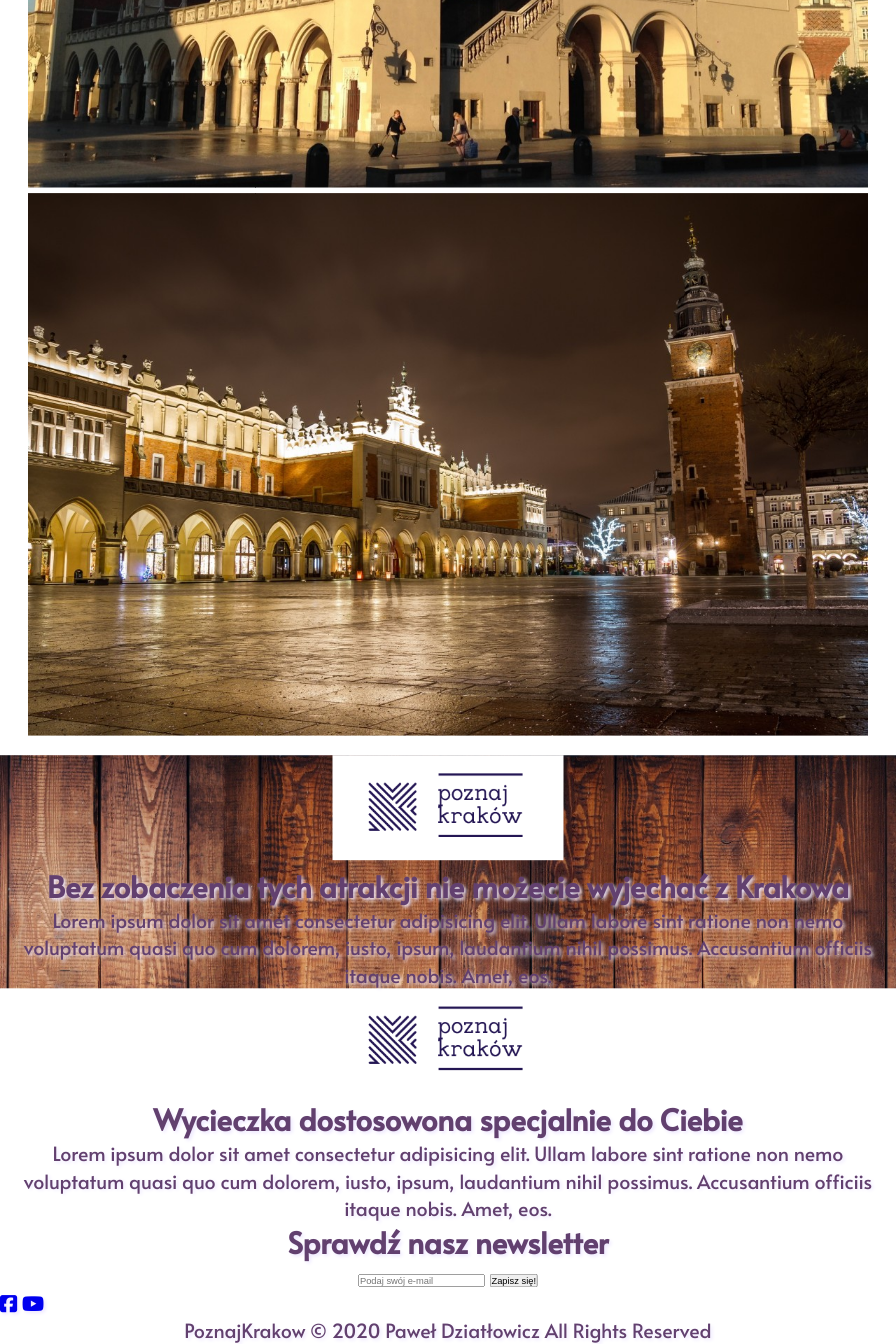
Repository: DZIALEK/projekt1
Page: projekt1.html
An editor plug-in stored every save of this project. The page is shown before and after the next save, followed by the edit.
The browser window is 1280 px wide. The pictures show the part of the page from y = 2707 to 4627 px (the page is 4627 px tall), at 70% of full size.
Some icons come from a web library that is not loaded, so they are not drawn. A picture or video elsewhere on the page could not be fetched, so the positions and the page height are approximate. Some web libraries are served in a nearby version.

Above is the page before, as saved 2020-07-15 00:28:59.

### projekt1.html
<!DOCTYPE html>
<html lang="pl=pl">
<head>
    <meta charset="UTF-8">
    <meta name="viewport" content="width=device-width, initial-scale=1.0">
    <title>Poznaj Kraków</title>
    <link rel="stylesheet" href="projekt1.css">
    <script src="https://kit.fontawesome.com/47e99c0280.js" crossorigin="anonymous"></script>
 </head>
<body>
    <header>
        <video autoplay muted loop id="video_header">
            <source src="dodatki/cracow_movie_lc.mp4">
        </video>
        <div class="logo">
            <a href="#">
                <img src="dodatki/logo_L.png" alt="Tutaj jest logo Poznaj Kraków">
            </a>
        </div>
        <div class="top">
            <h1>Poznaj Kraków</h1>
            <p>Od 1989r. skutecznie zarażamy miłością do Krakowa</p>
            <a href="#">SPRAWDŹ NAS!</a>
        </div>
        <nav>
            <ul>
                <li><a href="#">START</a></li>
                <li><a href="#">CO ZWIEDZAĆ</a></li>
                <li><a href="#">WYCIECZKI</a></li>
                <li><a href="#">CENNIK</a></li>
                <li><a href="#">O NAS</a></li>
            </ul>
        </nav>
    </header>
    <main>
        <section class="section-welcome">
            <h1 class="section-header">
               Witaj na naszej stronie !
            </h1>
            <img src="dodatki/foto3.jpg" alt="Tutaj jest zdjęcie Krakowa1">
            <img src="dodatki/foto2.jpg" alt="Tutaj jest zdjęcie Krakowa2">
        </section>
        <section class="section-welcome2">
            <img src="dodatki/foto1.jpg" alt="Tutaj jest zdjęcie Krakowa3">
            <img src="dodatki/foto4.jpg" alt="Tutaj jest zdjęcie Krakowa4">
        </section>
        <section class="section-best">
            <div class="section-best-img"></div>
            <img src="dodatki/logo_L.png" alt="">
            <h2>Bez zobaczenia tych atrakcji nie możecie wyjechać z Krakowa</h2>
            <p>Lorem ipsum dolor sit amet consectetur adipisicing elit. Ullam labore sint ratione non nemo voluptatum quasi quo cum dolorem, iusto, ipsum, laudantium nihil possimus. Accusantium officiis itaque nobis. Amet, eos.</p>
            </div>
        </section>
        <section class="section-best2">
            <div class="section-best-img2">
            <img src="dodatki/logo_L.png" alt="">
            <h2>Wycieczka dostosowona specjalnie do Ciebie</h2>
            <p>Lorem ipsum dolor sit amet consectetur adipisicing elit. Ullam labore sint ratione non nemo voluptatum quasi quo cum dolorem, iusto, ipsum, laudantium nihil possimus. Accusantium officiis itaque nobis. Amet, eos.</p>
            </div>
        </section>
    <!-- zrobić wyczieczkę typu: Krakowianie ich znienawidzili wycieczka 5dni w okół Krakowa -->
    <section class="section-newsletter">
    <div class="newsteletter-wrapper">
        <h2>Sprawdź nasz newsletter</h2>
        <form action="" method="">
            <input type="email" placeholder="Podaj swój e-mail">
            <button type="submit">Zapisz się!</button>
        </form>
    </div>
    </section>
    <div class="social-media">
        <a href="#"><i class="fab fa-facebook-square"></i></a>
        <a href="#"><i class="fab fa-youtube"></i></a>
        <a href="#"><i class="fab fa-tripadvisor"></i></a>
    </div>
    </main>

    <footer>
        PoznajKrakow &copy; 2020 Paweł Dziatłowicz All Rights Reserved
    </footer>
</body>
</html>

### projekt1.css
@import url('http://fonts.googleapis.com/css?family=Alata&subset=latin,latin-ext');

* {
    margin: 0;
    padding: 0;
    box-sizing: border-box;
}

html{
    scroll-behavior: smooth;
  }

body {
    background-color: #FFFFFF;
    color: #62406F; text-shadow: #EEE8FF 0.1em 0.1em 0.2em;
    /* CDCCCC */
    font-family: 'Alata', sans-serif;
    font-size: 28px;
    width: 100%;
}

a {
    text-decoration: none;
}

section {
    text-align: center;
}

footer {
    text-align: center;
}

img {
    max-width: 100%;
}

div {
    width: 100%;
    height: 100%;
}

#video_header {
    min-width: 100%;
    min-height: 100%;
    position: relative;
    bottom: 0;
    right: 0;
}

.logo {
    position: fixed;
    top: 10px;
    left: 85%;
    width: 100%;
}

.logo img {
    width: 120px;
}

.top h1 {
    position: absolute;
    left: 50%;
    top: 30%;
    transform: translate(-50%, -50%);
    font-size: 100px;
}

.top h1~p {
    position: absolute;
    left: 50%;
    top: 45%;
    margin-top: 20px;
    transform: translate(-50%, -50%);
    font-size: 30px;
}

.top h1~a {
    position: absolute;
    left: 50%;
    top: 55%;
    transform: translate(-50%, -50%);
    text-align: center;
    border: 2px solid #d6caf8;
    padding: 10px 15px;
    font-size: 40px;
}

nav {
    box-shadow: 1px 1px 1px 1px #352564;
}

nav ul {
    list-style-type: none;
    width: 100%;
}

nav li {
    position: relative;
    text-align: center;
}

nav a {
    transition: 0.5s;
}

nav a:hover {
    color: #c386cf;
    text-shadow: 0 0 0.1em #271B2B, 0 0 0.1em #271B2B, 0 0 0.1em #271B2B;
    /* text-shadow: #271B2B 0.1em 0.1em 0.1em; */
    /* #EEE8FF  */
}

.section-welcome {
    position: relative;
    top: 50px;
    margin-bottom: 50px;
}

.section-welcome h1 {
    margin-bottom: 60px;
    font-size: 40px;
    color: greenyellow;
     font-weight: 100;
}

.section-welcome2 {
    position: relative;
    margin: 20px auto;
}

.section-best {
    position: relative;
    margin: 0px auto;
    background-image: url(/dodatki/bg1.jpg);
    background-size: cover;
}

.section-best-img {
    width: 200%;
}


.section-best h1 {
    color: hotpink;
}

After the next save:
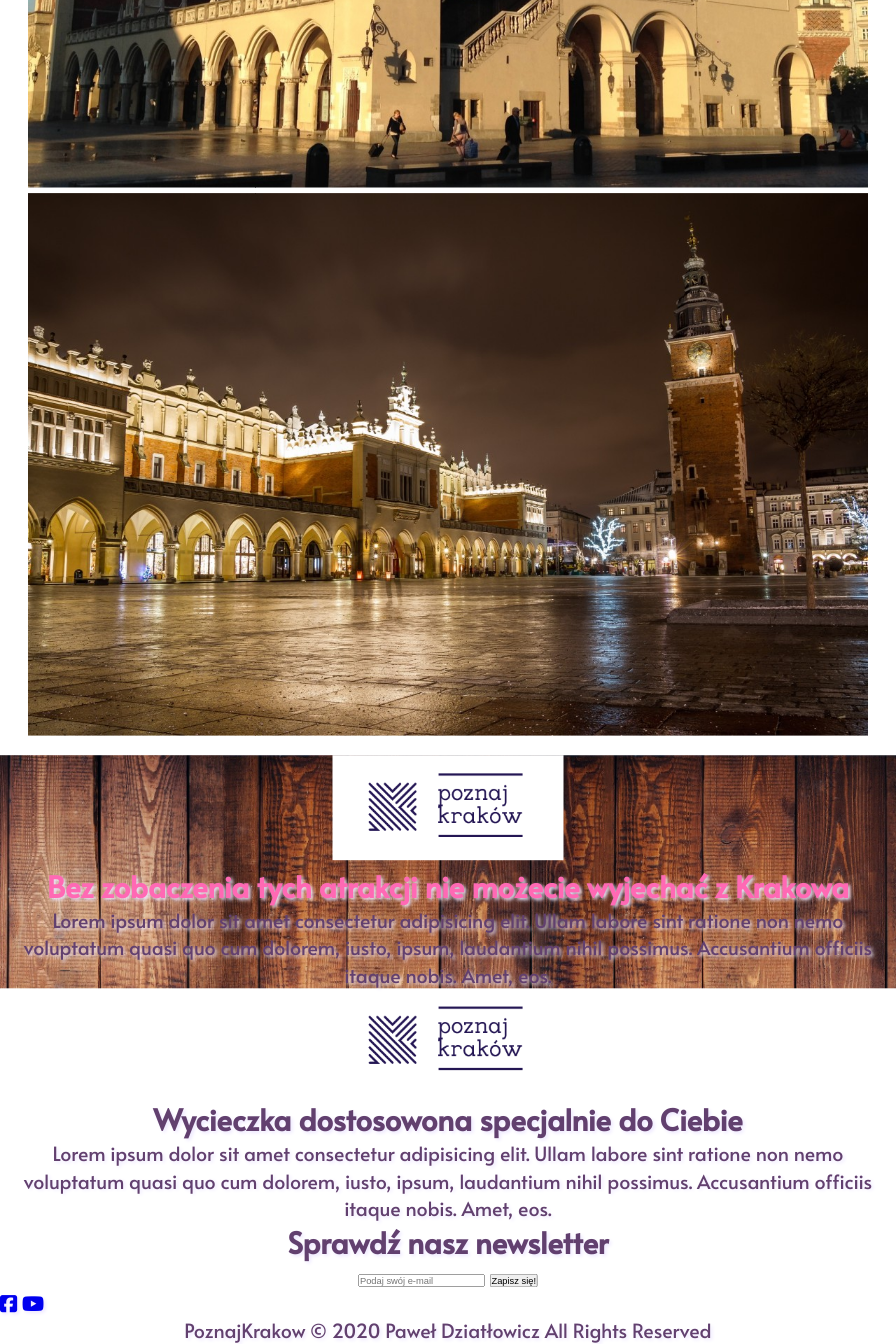
Saved 53 s later.
--- a/projekt1.css
+++ b/projekt1.css
@@ -142,6 +142,6 @@ nav a:hover {
 }
 
 
-.section-best h1 {
+.section-best h2 {
     color: hotpink;
 }
